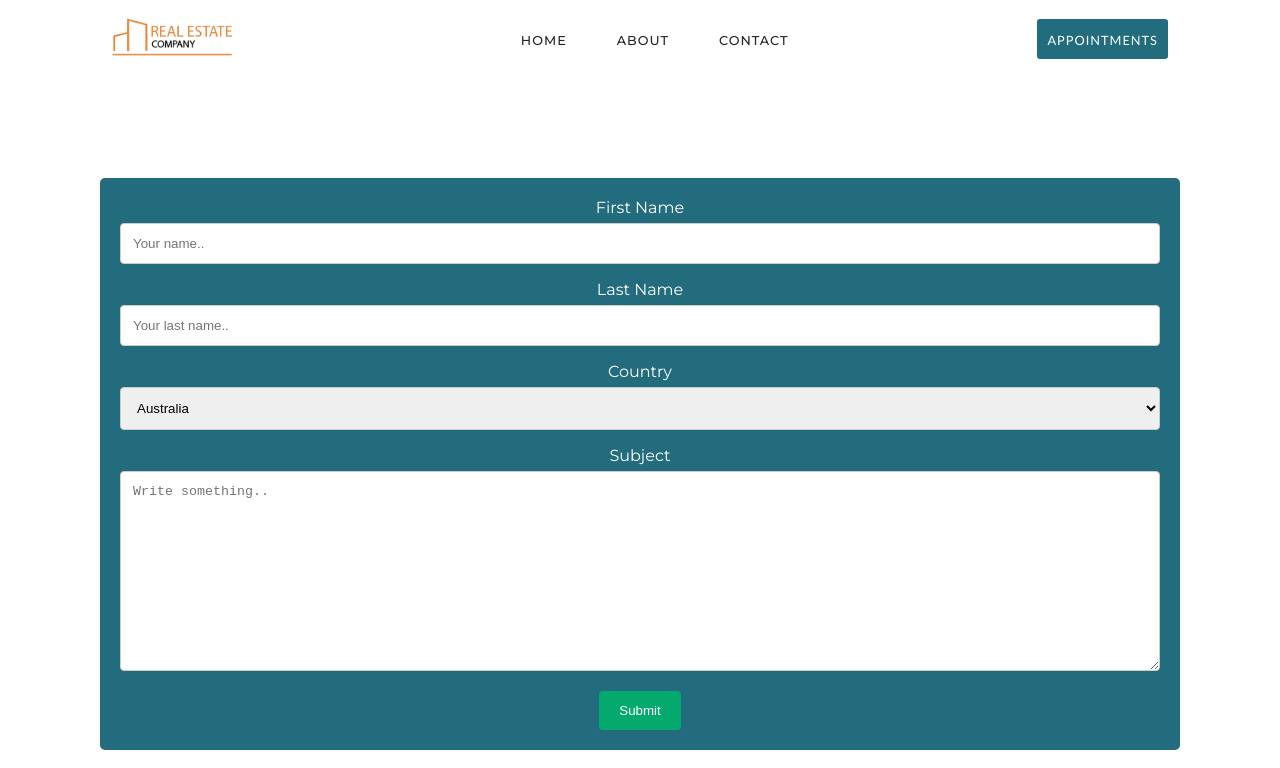
Repository: gabe126679/Mikes-site
Page: /contact
These files come from the project's save history. The page is drawn as it stood at one moment and after the next save; the edit follows.
The browser window is 1280 px wide. The pictures show the whole page.
Some web libraries are served in a nearby version. The project was rebuilt for these pictures with package versions that can differ from the ones it lists, and the page was loaded fresh each time. Also part of the build but not shown: src/components/Header.jsx, src/components/Howitworks.jsx, src/components/Contact.jsx, src/components/About.jsx, src/components/Agentbox.jsx, src/components/Agent.jsx, src/components/PageAbout.jsx, src/components/Bproperty.jsx and 4 more.

Above is the page before, as saved 2022-04-19 15:33:32.

### public/index.html
<!DOCTYPE html>
<html lang="en">
  <head>
    <meta charset="utf-8" />
    <link rel="icon" href="%PUBLIC_URL%/favicon.ico" />
    <meta name="viewport" content="width=device-width, initial-scale=1" />
    <meta name="theme-color" content="#000000" />
    <meta
      name="description"
      content="Web site created using create-react-app"
    />
    <link rel="apple-touch-icon" href="%PUBLIC_URL%/logo192.png" />

    <link rel="manifest" href="%PUBLIC_URL%/manifest.json" />
    <script src="https://kit.fontawesome.com/95dc93da07.js"></script>
    <title>Mike's Homes</title>
  </head>
  <body>
    <noscript>You need to enable JavaScript to run this app.</noscript>
    <div id="root"></div>

  </body>
</html>

### src/index.js
import React from 'react';
import ReactDOM from 'react-dom/client';
import './index.css';
import App from './App';

// import About from './components/About';
// import {
//   BrowserRouter,
//   Routes,
//   Route,
// } from "react-router-dom";

const root = ReactDOM.createRoot(document.getElementById('root'));
root.render(
//   <BrowserRouter>
//     <Routes>
//       <Route path="/" element={<App />}>
//       <Route path="homes" element={<About />} />
//         {/* <Route path="teams" element={<Teams />}>
//             <Route path=":teamId" element={<Team />} />
//             <Route path="new" element={<NewTeamForm />} />
//             <Route index element={<LeagueStandings />} />
//         </Route> */}
//       </Route>
//     </Routes>
//   </BrowserRouter>,
<App />,

);

### src/index.css
@import url('https://fonts.googleapis.com/css2?family=Montserrat:wght@300;400;500;600&display=swap');

/***fontawesome <script src="https://kit.fontawesome.com/95dc93da07.js"></script> *********/



body{
    margin:0px;
    padding: 0px;

    background-color: #ffffff;
    font-family: 'Montserrat', sans-serif;
}
*{
    box-sizing: border-box;
}
ul{
    list-style: none;
}
a{
    text-decoration: none;
}
button{
    outline: none;
    border: none;
}
input{
    outline: none;
    border: none;
}

.logo img{
    width: 120px;
}
.header{

    width:100%;
    height:768px;
    position: relative;
    background-repeat: no-repeat;
    background-size: cover;
    background-image: url("./images/header-bg.png");
}
nav{
	display: flex;
	justify-content: space-around;
	align-items: center;
	left: 0;
	top: 0;
	width:100%;
	z-index: 1;
	background-color: #FFFFFF;
}
nav ul{
	display: flex;
}
.active{
    background-color: #236c7e;
    color:rgb(255, 255, 255);
	box-shadow: 5px 10px 30px rgba(64, 149, 198, 0.411);
	transition: all ease 0.2s;
}
nav ul li a{
	height:40px;
	line-height: 43px;
	margin: 3px;
	padding: 0px 22px;
	display: flex;
	font-size: 0.8rem;
	text-transform: uppercase;
	font-weight: 500;
	color:#242424;
    letter-spacing: 1px;
    border-radius: 3px;
    transition: 0.2s ease-in-out;
}
.property{
    font-family: calibri;
	height:40px;
	line-height: 43px;
	padding: 0px 10px;
	display: flex;
	font-size: 0.8rem;
	text-transform: uppercase;
	font-weight: 500;
	color:#ffffff;
    letter-spacing: 1px;
    border-radius: 3px;
    transition: 0.2s ease-in-out;
    background-color: #236c7e;
}
nav ul li a:hover{
	background-color: #064757;
    color:#FFFFFF;
	box-shadow: 5px 10px 30px rgba(64, 149, 198, 0.411);
	transition: all ease 0.2s;
}
nav .menu-btn,
.menu-icon{
		display:none;
	}
.intro{
	font-family: 'Montserrat';
	width: 500px;
	position: absolute;
	left: 16%;
	top: 50%;
	transform: translate(-20%,-50%);
}
.intro span{
    color: #fc9700;
}
.intro .details{
    color: #1e4f5c;
}
.intro h1{
	font-family:'Montserrat';
	font-size: 46px;
	margin:0px;
	letter-spacing: 3px;
	color:#236c7e;
}
.intro p{
    color: #064757; font-weight: 500;
}
.header-btn{
	width:110px;
	height: 40px;
	display: flex;
	justify-content: center;
    align-items: center;
    background-color: #236c7e;
    box-shadow: 5px 10px 30px rgba(2, 82, 255, 0.137);
    border-radius: 10px;
	color:#ffffff;
}
.header-btn:hover{
	background-color: #04afda;
    transition: all ease 0.5s;
    color: #ffffff;
    box-shadow: 5px 0px 30px rgba(2, 154, 255, 0.39);
}
.container {
    max-width: 1140px;
    margin: 0 auto;
    padding: 0 20px;
}

.flex {
    display: flex;
    justify-content: space-between;
}
.how-it-works {
    padding: 3rem 0;
    background: #236c7e;
    text-align: center;
}

.how-it-works h2 {
    margin-bottom: 3rem;
    font-size: 2rem;
    font-family: 'Montserrat';
    color: #ffffff;
    font-weight: 600;
    text-transform: uppercase;
}

.how-it-works .flex > div {
    width: 30%;
}

.how-it-works h4 {
    color: #ffffff;
    margin-top: 1rem;
}
.how-it-works p{
    color: rgb(255, 196, 0);
}

.how-it-works span.fas {
    color: #ffffff;
    font-size: 35px;
}
  .about{
	width:100%;
	height: 100vh;
	background-color:#ffffff;
	box-sizing: border-box;
	display: flex;
	align-items: center;
	justify-content: space-between;
	padding: 50px 5% 0px 5%;
	position: relative;
}
.about-text{
	width: 50%;
}
.about-text h2{
	font-size: 2rem;
	color:#236c7e;
	font-weight: 400;
}
.about-text h2{
	margin: 0px;
	padding: 0px;
}
.about-text p{
	font-size: 1.2rem;
	color:#3a3a3a;

}
.about-text button{
	width: 140px;
	height: 40px;
	border-radius: 10px;
	border: none;
    outline: none;
    color: #ffffff;
	background-color:#236c7e;
}
.about-text button:hover{
	background-color: #04afda;
    transition: all ease 0.3s;
    color: #ffffff;
    box-shadow: 5px 0px 30px rgba(2, 154, 255, 0.39);
}
.about-model img{
    height: 400px;
}

.agent{
    width:100%;
    height:110vh;
    box-sizing: border-box;
    font-family: calibri;
    display: flex;
    flex-direction: column;
    align-items: center;
    justify-content: center;
    padding-top: 40px ;
    background: #236c7e;
}

.a-heading h1{
    color:#ffffff;
    font-size: 3rem;
    margin: 0px;
    padding: 0px;

}
.a-heading p{
    color:rgb(238, 238, 238);
    font-size: 1rem;
    margin: 0px;
    padding: 0px;
}
.a-heading{
    text-align: center;
    margin: 20px 0px;
}
.a-box{
    background-color: #ffffff;
    width:350px;
    height: 500px;
    margin: 20px;
    border-radius: 10px;
    overflow: hidden;
    box-shadow: 2px 2px 12px rgba(0,0,0,0.1);
    position: relative;
}
.b-container{
    display: flex;
    justify-content: center;
    align-content: center;
    width: 100%;

}
.a-b-img{
    width: 100%;
    height: 70%;

}
.a-b-img img{
    width:100%;
    height: 100%;
    object-fit: contain;
}
.a-b-text{
    width: 100%;
    height: 30%;
    background-color:#ffffff;
    display:flex;
    justify-content: center;
    align-items: center;
    text-align: center;
    flex-direction: column;
}
.a-box:hover{
    transform:translateY(-10px);
    transition: all ease 0.3s;

}
.agent-btn{
	width:110px;
	height: 40px;
	display: flex;
	justify-content: center;
    align-items: center;
    background-color: #236c7e;
    box-shadow: 5px 10px 30px rgba(2, 82, 255, 0.137);
    border-radius: 10px;
	color:#ffffff;
}
.agent-btn:hover{
	background-color: #04afda;
    transition: all ease 0.5s;
    color: #ffffff;
    box-shadow: 5px 0px 30px rgba(2, 154, 255, 0.39);
}

.product{
	width: 100%;
	background-color: #FFFFFF;
	display: flex;
	height: 760px;
	flex-direction: column;
	align-items: center;
	padding:40px 20px;
	position: relative;
	border-radius: 10px;
	margin-top: 70px;
}


.p-heading{

	margin:20px;
	text-shadow: 2px 2px 10px rgba(0,0,0,0.05);
}
.p-heading h3{
	font-weight: 600;
	letter-spacing: 2px;
	text-align: center;
	font-size:2.5rem;
	color:#323543;

}
.p-heading h3 font{
	color:#303030;
}
.product-container{
	display: flex;
	justify-content: center;
	align-items: center;
	flex-wrap: wrap;
	margin: 10px 0px;
	width:100%;
}
.p-box{
	width:350px;
	height: 420px;
	display: flex;
	justify-content: center;
	align-items: center;
	flex-direction: column;
	border-radius: 12px;
	position: relative;
	margin: 20px 30px;
    background-color: rgb(255, 255, 255);
    box-shadow: 2px 2px 30px rgba(0,0,0,0.1);
}
.p-box img{
	height:150px;
}
.p-box p{
	color:#4d4d4d70;
	font-family: myriad pro;
	font-size: 0.9rem;
	letter-spacing: 0.5;
}
.price-container {
  display: flex;
  align-items: center;
  justify-content: center;
}
.price{
	color:#2c2c2c;
	font-family: poppins;
	font-size: 1rem;
  position: relative;
  bottom: 120px;
  width: 100%;
  height: 100px;
  text-align: center;
}
.container-reviews {
  display: flex;
  align-items: center;
  height: 100%;
  position: relative;
  top: -70px;
}
.buy-btn{
	position: absolute;
	width:140px;
	height: 60px;
	display: flex;
	justify-content: center;
	align-items: center;
	font-family:calibri;
	left: 50%;
	bottom: 20px;
	transform: translateX(-50%);
	border-radius: 15% 15% 15% 15% / 50% 50% 50% 50%;
	background:linear-gradient(120deg,#064757 20%,#04afda);
	color:#FFFFFF;
	display: none;
	animation: fade 0.2s;
}
.p-box:hover .buy-btn{
	display: flex;
}
.p-box:hover{
	box-shadow: 2px 2px 30px rgba(0, 0, 0, 0.233);
	background-color:#FFFFFF;
}
.p-box:hover .price{
	color:#04afda;
	transition: all ease 0.2s;
}

@keyframes fade{
	0%{
		opacity: 0;
	}
	100%{
		opacity: 1;
	}
}
.contact{
    background-color: #236c7e;
	display:flex;
	flex-direction: column;
	justify-content: center;
	align-items: center;
    margin:8px 3px;
    margin-top: 1000px;
    padding: 30px 0px;
  overflow: hidden;
}
.contact h3{
	font-size:2.5rem;
    margin:20px;
    color: #ffffff;
}
.contact-input{
	width:350px;
	height:50px;
	background-color:#FFFFFF;
	display:flex;
	justify-content: center;
	border-radius: 50px;
	box-shadow: 2px 2px 30px rgba(0,0,0,0.15);
}
.contact-input input{
	width:100%;
	background-color: transparent;
	border:none;
	outline: none;
	text-align: center;
	color:#242425;
}
.contact-input a{
	width:150px;
	height:35px;
	background-color:#236c7e;
	color:#FFFFFF;
	display: flex;
	font-size: 0.9rem;
	justify-content: center;
	align-items: center;
	margin: auto 10px;
	border-radius: 20px;
	font-weight: 500;
}

.carousel {
  font-family: sans-serif;
  display: flex;
  align-items: center;
  justify-content: center;
  height: 70vh;
  object-fit: contain;

}
.carousel-img {
  width: 100%;
  object-fit: fill;
}
input[type=text], select, textarea {
  width: 100%; /* Full width */
  padding: 12px; /* Some padding */
  border: 1px solid #ccc; /* Gray border */
  border-radius: 4px; /* Rounded borders */
  box-sizing: border-box; /* Make sure that padding and width stays in place */
  margin-top: 6px; /* Add a top margin */
  margin-bottom: 16px; /* Bottom margin */
  resize: vertical /* Allow the user to vertically resize the textarea (not horizontally) */
}

/* Style the submit button with a specific background color etc */
input[type=submit] {
  background-color: #04AA6D;
  color: white;
  padding: 12px 20px;
  border: none;
  border-radius: 4px;
  cursor: pointer;
}

/* When moving the mouse over the submit button, add a darker green color */
input[type=submit]:hover {
  background-color: #45a049;
}
.container-form {
  margin: 100px;
  border-radius: 5px;
  background-color: #236c7e;
  padding: 20px;
  color: white;
}
.header-form{
  text-align: center;
  width:100%;
  height:768px;
  position: relative;
  background-repeat: no-repeat;
  background-size: cover;
}
@media(min-width:1285px) {
  .contact {
    margin-top: 550px;
  }
}
@media(max-width:1190px){
	.header{
        background-size: 1150px !important;
        text-align: center;
	}
	.intro{
		left: 10%;
		top: 50%;
		transform: translate(-10%,-50%);
	}
	.about-model img{
		height:400px;
    }
    .agent{
		height:auto;
    }
    .b-container{
		flex-wrap: wrap;
	}
    .a-box{
		flex-grow: 1;
	}
	.a-b-img img{
		object-fit:contain;
	}


}

@media(max-width:970px){
  .header {
    background-image: none;
  }
	.main{
		background-image: none !important;

	}
	.intro{
		left: 50%;
		top: 50%;
		transform: translate(-50%,-50%);
    }

	.about-model{
		display: none;
	}
	.about{
        text-align: center;
		justify-content: center;
		padding-top: 0px;
	}
	.about-text{
		width: 90%;
	}
	.about-text h1{
		font-size:4rem;
  }
  .product{
    width: 100%;
    background-color: #FFFFFF;
    display: flex;
    height: 760px;
    flex-direction: column;
    align-items: center;
    padding:40px 20px;
    position: relative;
    border-radius: 10px;
    margin-top: 70px;
  }


}
@media(max-width:875px){
  .carousel-item {
    display: none;
  }
}
@media(max-width:600px){
	.intro{
		width:60%;
    }}
    .scroll{
      left: 42.5%;
    }
  .header-btn{
    margin-right: 38%;
  }


    @media (max-width: 500px) {
        .how-it-works .flex {
            display: block;
        }
        .header-btn{
          margin-right: 28%;
        }
        .how-it-works .flex > div {
            width: 100%;
            margin-top: 2rem;
        }


@media(max-width:1100px){.menu-icon{
    display:block;}

        nav{
            justify-content: space-between;
            height: 65px;
            padding: 0px 30px;
            position: fixed;
        }
        .property{
            background: none;
            font-size: 13px;
            color: #000;
            padding: 0px;
        }
        .logo img{
            width:70px;
        }
        .menu{
            display:none;
            position:absolute;
            top:65px;
            left:0px;
            background-color:#FFFFFF;
            border-bottom:4px solid #064757;
            width:100%;
            padding:0px;
            margin:0px;
        }
        .menu li{
            width:100%;
        }
        nav .menu li a{
            width:100%;
            height:40px;
            justify-content: center;
            align-items: center;
            margin:0px;
            padding: 25px;
            border:1px solid rgba(38,38,38,0.03);
        }
        nav .menu-icon{
            cursor:pointer;
            float:right;
            padding:28px 20px;
            position:relative;
            user-select: none;
        }
        nav .menu-icon .nav-icon{
            background-color:#333333;
            display:block;
            height:2px;
            position:relative;
            transition: background 0.2s ease-out;
            width:20px;
        }
        nav .menu-icon .nav-icon:before,
        nav .menu-icon .nav-icon:after{
            background:#333;
            content:'';
            display:block;
            height:100%;
            position:absolute;
            transition:all ease-out 0.2s;
            width:100%;
        }
        nav .menu-icon .nav-icon:before{
            top:5px;
        }
        nav .menu-icon .nav-icon:after{
            top:-5px;
        }
        nav .menu-btn:checked ~ .menu-icon .nav-icon{
            background:transparent;
        }
        nav .menu-btn:checked ~ .menu-icon .nav-icon:before{
            transform: rotate(-45deg);
            top:0;
        }
        nav .menu-btn:checked ~ .menu-icon .nav-icon:after{
            transform: rotate(45deg);
            top:0;
        }
        nav .menu-btn{
            display:none;
        }
        nav .menu-btn:checked ~ .menu{
            display:block;
        }}
        @media(max-width:400px){
            .s-box{
                width: 100%;
                height:400px;
            }
            .header-btn{
              margin-left: 38%;
            }

        }}

### src/App.js
import React from 'react';
import Header from './components/Header'
import Howitworks from './components/Howitworks'
import About from './components/About'
import PageAbout from './components/PageAbout'
import Agent from './components/Agent'
import Properties from './components/Properties'
import PageContact from './components/PageContact'
import All from './components/All'
import {
  BrowserRouter,
  Routes,
  Route,
} from "react-router-dom";


function App() {
  return (
    <div className="App">
      <BrowserRouter>
        <Routes>
          <Route
            path="/"
            element={<All />}
          />
          <Route
            path="/about"
            element={<PageAbout />}
          />
          <Route
            path="/contact"
            element={<PageContact />}
          />
          <Route
            path="/Howitworks"
            element={<Howitworks />}
          />
        </Routes>

          {/* <Header />
          <Howitworks />
          <About />
          <Agent />
          <Properties />
          <Contact /> */}

      </BrowserRouter>
    </div>
  );
}

export default App;

### src/components/PageContact.jsx
import React from "react";
import styled from 'styled-components/macro';
import Dog from '../images/home-2.jpg';
import Navbar from "./Navbar";
import Footer from "./Footer"


const Section = styled.div`
  padding: 20px;
  display: flex;
  justify-content: center;
  align-items: center;
`;

const PageContact = () => {

  return (
    <div className="header-form">
      <Navbar/>
      <div className="container-form">
        <form action="action_page.php">
            <label htmlFor="fname">First Name</label>
            <input type="text" id="fname" name="firstname" placeholder="Your name.." />
            <label htmlFor="lname">Last Name</label>
            <input type="text" id="lname" name="lastname" placeholder="Your last name.." />
            <label htmlFor="country">Country</label>
            <select id="country" name="country">
            <option value="australia">Australia</option>
            <option value="canada">Canada</option>
            <option value="usa">USA</option>
            </select>
            <label htmlFor="subject">Subject</label>
            <textarea id="subject" name="subject" placeholder="Write something.." style={{height: '200px'}} defaultValue={""} />
            <input type="submit" defaultValue="Submit" />
        </form>
      </div>
      <Footer />
    </div>


  );
};

export default PageContact;

### src/components/Navbar.jsx
import React from 'react'
import logo from "../images/logo1.png"
import { Link } from "react-router-dom";

function Navbar() {
  return (
    <nav>
        <a href="/homes" className="logo">
            <img src={logo} alt="logo"/>
        </a>
        <input className="menu-btn" type="checkbox" id="menu-btn"/>
        <label className="menu-icon" for="menu-btn">
            <span className="nav-icon"></span>
        </label>
        <ul className="menu">
            <li><Link to="/" >Home</Link></li>
            <li><Link to="/about">About</Link></li>
            <li><Link to="/contact">Contact</Link></li>
        </ul>
        <Link to="/howitworks" className="property">Appointments</Link>
        {/* <a href="/homes" className="property"></a> */}
    </nav>
  )
}

export default Navbar

### src/components/Footer.jsx
import React from 'react'

function Footer() {
  return (
    <div>

    </div>

  )
}

export default Footer

### src/components/FooterStyles.js
import styled from 'styled-components';

export const Box = styled.div`
padding: 80px 60px;
background: black;
position: absolute;
bottom: 0;
width: 100%;


@media (max-width: 1000px) {
	padding: 70px 30px;
}
`;

export const Container = styled.div`
	display: flex;
	flex-direction: column;
	justify-content: center;
	max-width: 1000px;
	margin: 0 auto;
	/* background: red; */
`

export const Column = styled.div`
display: flex;
flex-direction: column;
text-align: left;
margin-left: 60px;
`;

export const Row = styled.div`
display: grid;
grid-template-columns: repeat(auto-fill,
						minmax(185px, 1fr));
grid-gap: 20px;

@media (max-width: 1000px) {
	grid-template-columns: repeat(auto-fill,
						minmax(200px, 1fr));
}
`;

export const FooterLink = styled.a`
color: #fff;
margin-bottom: 20px;
font-size: 18px;
text-decoration: none;

&:hover {
	color: green;
	transition: 200ms ease-in;
}
`;

export const Heading = styled.p`
font-size: 24px;
color: #fff;
margin-bottom: 40px;
font-weight: bold;
`;

After the next save:
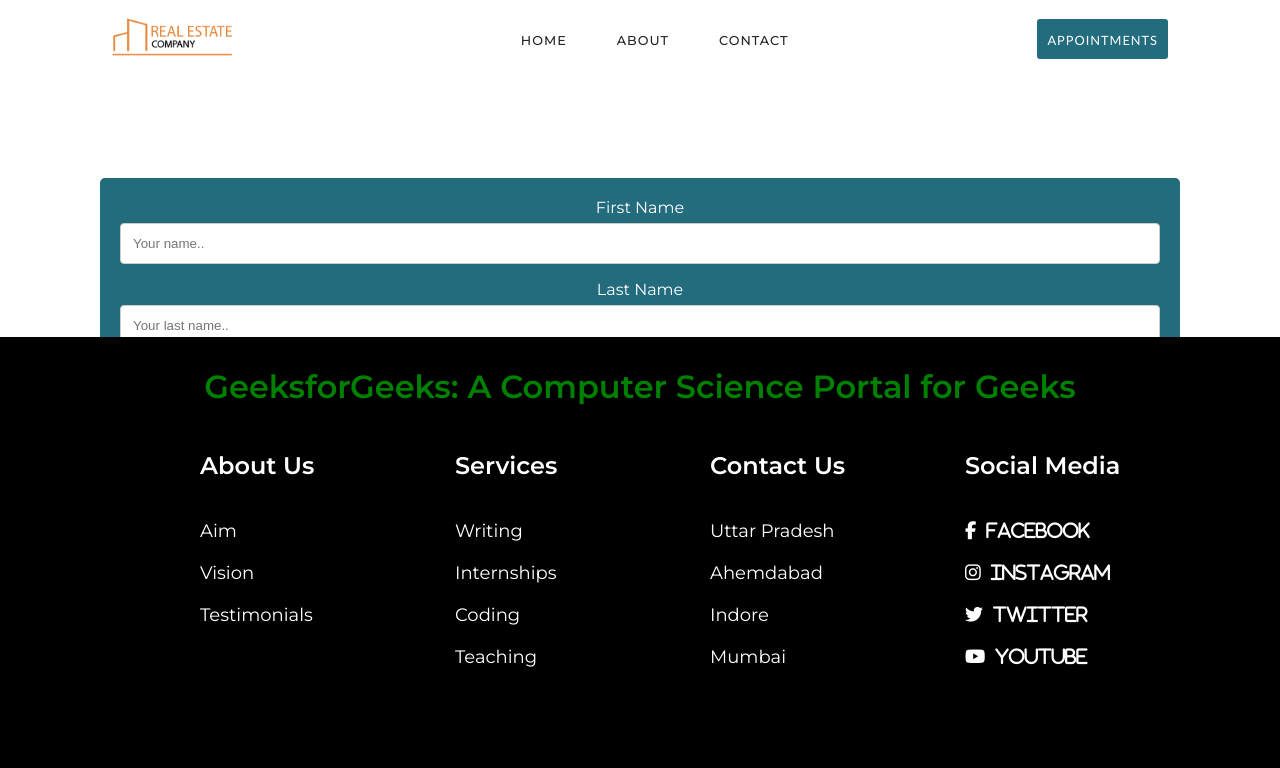
Saved 18 s later.
--- a/src/components/Footer.jsx
+++ b/src/components/Footer.jsx
@@ -1,12 +1,77 @@
-import React from 'react'
+import React from "react";
+import {
+Box,
+Container,
+Row,
+Column,
+FooterLink,
+Heading,
+} from "./FooterStyles";
 
-function Footer() {
-  return (
-    <div>
-
-    </div>
-
-  )
-}
-
-export default Footer
+const Footer = () => {
+return (
+	<Box>
+	<h1 style={{ color: "green",
+				textAlign: "center",
+				marginTop: "-50px" }}>
+		GeeksforGeeks: A Computer Science Portal for Geeks
+	</h1>
+	<Container>
+		<Row>
+		<Column>
+			<Heading>About Us</Heading>
+			<FooterLink href="#">Aim</FooterLink>
+			<FooterLink href="#">Vision</FooterLink>
+			<FooterLink href="#">Testimonials</FooterLink>
+		</Column>
+		<Column>
+			<Heading>Services</Heading>
+			<FooterLink href="#">Writing</FooterLink>
+			<FooterLink href="#">Internships</FooterLink>
+			<FooterLink href="#">Coding</FooterLink>
+			<FooterLink href="#">Teaching</FooterLink>
+		</Column>
+		<Column>
+			<Heading>Contact Us</Heading>
+			<FooterLink href="#">Uttar Pradesh</FooterLink>
+			<FooterLink href="#">Ahemdabad</FooterLink>
+			<FooterLink href="#">Indore</FooterLink>
+			<FooterLink href="#">Mumbai</FooterLink>
+		</Column>
+		<Column>
+			<Heading>Social Media</Heading>
+			<FooterLink href="#">
+			<i className="fab fa-facebook-f">
+				<span style={{ marginLeft: "10px" }}>
+				Facebook
+				</span>
+			</i>
+			</FooterLink>
+			<FooterLink href="#">
+			<i className="fab fa-instagram">
+				<span style={{ marginLeft: "10px" }}>
+				Instagram
+				</span>
+			</i>
+			</FooterLink>
+			<FooterLink href="#">
+			<i className="fab fa-twitter">
+				<span style={{ marginLeft: "10px" }}>
+				Twitter
+				</span>
+			</i>
+			</FooterLink>
+			<FooterLink href="#">
+			<i className="fab fa-youtube">
+				<span style={{ marginLeft: "10px" }}>
+				Youtube
+				</span>
+			</i>
+			</FooterLink>
+		</Column>
+		</Row>
+	</Container>
+	</Box>
+);
+};
+export default Footer;
